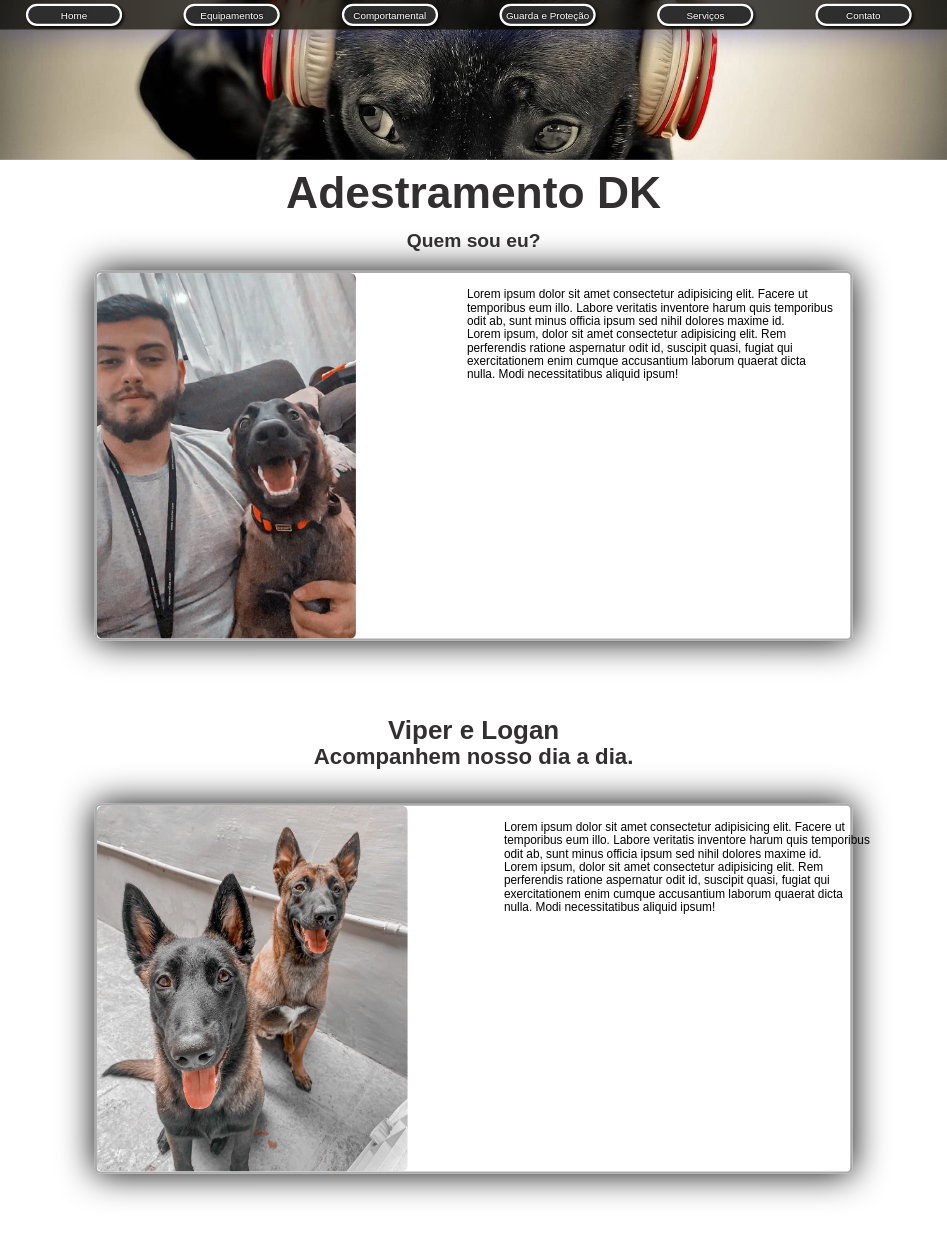
Repository: KevynMarques/Blog-React-StyledComponent
Page: /
The author's editor kept a copy of each file at every save. The page is drawn from the files as they stood at one save, then again after the next save.
The browser window is 1280 px wide. The pictures show the whole page, at 74% of full size.
The project was rebuilt for these pictures with package versions that can differ from the ones it lists, and the page was loaded fresh each time.

Above is the page before, as saved 2022-02-01 19:16:28.

### src/App.js
import Header from './Components/Header/index'
import Home from './Components/Home';
import Sobre from './Components/Sobre';

import { GlobalStyle } from './GlobalStyle';

function App() {
  return (
    <>
    <Home />
    <Header />
    <Sobre />
    <GlobalStyle/>
    </>
  );
}

export default App;

### src/Components/Header/index.jsx
import { Baner } from "./style";
import Dog from '../Image/Dog.png'

export default () => {

  return (

    <>
      <Baner>
       <img src={Dog} />
     </Baner>
    </>

  );

}

### src/Components/Home/index.jsx
import { Home } from "./Style"

export default () => {
  return (

    <Home>
      <button>Home</button>
      <button>Equipamentos</button>
      <button>Comportamental</button>
      <button>Guarda e Proteção</button>
      <button>Serviços</button>
      <button>Contato</button>
    </Home>
  );
}

### src/Components/Sobre/index.jsx
import { Sobre, Tittle, Dogs} from "./style"
import Foto from '../Image/foto.png'
import LV from '../Image/LV.jpg';

export default () => {
  return (
<>
   <Tittle>
    <h1>Adestramento DK</h1>
      <h2>Quem sou eu?</h2>
    </Tittle>


  <Sobre>
    <section>
    <p>Lorem ipsum dolor sit amet consectetur adipisicing elit. Facere ut temporibus eum illo. Labore veritatis inventore harum quis temporibus odit ab, sunt minus officia ipsum sed nihil dolores maxime id.
      <br></br>
    Lorem ipsum, dolor sit amet consectetur adipisicing elit. Rem perferendis ratione aspernatur odit id, suscipit quasi, fugiat qui exercitationem enim cumque accusantium laborum quaerat dicta nulla. Modi necessitatibus aliquid ipsum!
    </p>
       <div>
        <img src={Foto} />
       </div>
    </section>
  </Sobre>


  <Tittle>
      <h3>Viper e Logan</h3>
      <p>Acompanhem nosso dia a dia.</p>
    </Tittle>

<Dogs>
<section>
    <p>Lorem ipsum dolor sit amet consectetur adipisicing elit. Facere ut temporibus eum illo. Labore veritatis inventore harum quis temporibus odit ab, sunt minus officia ipsum sed nihil dolores maxime id.
      <br></br>
    Lorem ipsum, dolor sit amet consectetur adipisicing elit. Rem perferendis ratione aspernatur odit id, suscipit quasi, fugiat qui exercitationem enim cumque accusantium laborum quaerat dicta nulla. Modi necessitatibus aliquid ipsum!
    </p>
       <div>
        <img src={LV} />
       </div>
    </section>
</Dogs>

</>

  );
}

### src/GlobalStyle.js
import { createGlobalStyle } from 'styled-components';

 export const GlobalStyle = createGlobalStyle`
  * {
    margin: 0;
    padding: 0;
    box-sizing: border-box;
  }
`;

### src/Components/Header/style.jsx
import styled from "styled-components";

export const Baner= styled.div `
  width: 100%;
  height: 30vh;


    img {
    width: 100%;
    height: 100%;
    object-fit: cover;

    }
`;

### src/Components/Home/Style.jsx
import styled from "styled-components";


export const  Home  = styled.div `
     width: 100vw;
     height: 40px;
     margin: 0;
     position: fixed;
     z-index: 99999;
     background: rgba( 0, 0, 0, 0.7 );
     box-shadow: 0 8px 32px 0 rgba( 31, 38, 135, 0.37 );
     backdrop-filter: blur( 7.5px );
     -webkit-backdrop-filter: blur( 7.5px );
     color:white;
     display: flex;
     align-items: center;
     justify-content: center;

     button {
font-family: Arial, Helvetica, sans-serif;
font-style:normal;
color:#ffffff;
background:#2e2e2e;
border:3px solid #ffffff;
text-shadow:0px -1px 3px #000000;
box-shadow:2px 2px 5px #000000;
-moz-box-shadow:2px 2px 5px #000000;
-webkit-box-shadow:2px 2px 5px #000000;
border-radius:25px 25px 25px 25px;
-moz-border-radius:25px 25px 25px 25px;
-webkit-border-radius:25px 25px 25px 25px;
width:130px;
height: 30px;

cursor:pointer;
margin:0 auto;
margin-left: 35px;

}

`;

### src/Components/Sobre/style.jsx
import styled from "styled-components";


export const Tittle = styled.h1`
@import url('https://fonts.googleapis.com/css2?family=Prompt:ital,wght@1,300&display=swap');
color: #312f2f;
font-size: 30px;
font-family: 'Prompt', sans-serif;
text-align: center;
height: 40px;
margin-top: 10px;

      h2 {
      font-size:26px ;
      margin-top: 15px;
      }
`;

export const  Sobre  = styled.section `
  height: 500px;
  border: solid 3px #aaaaaa;
  width: 80vw;
  margin: 100px  10%;
  border-radius: 8px;
  box-shadow: 0 0 3em Black;
  display: flex;

  div {
    width: 35%;
    height:494px;
    margin-top: -146px;
  }

  img {
    object-fit: cover;
    width: 100%;
    height: 100%;
    border-radius: 8px;
  }

p {
    width: 500px;
    margin-left: 500px;
    margin-top: 20px;
    font-size: 16px;
    font-family: Arial, Helvetica, sans-serif;
  }
`;



export const  Dogs  = styled.section `
  height: 500px;
  border: solid 3px #aaaaaa;
  width: 80%;
  margin: 80px  10%;
  border-radius: 8px;
  box-shadow: 0 0 3em Black;
  display: flex;

  div {
    width: 40%;
    height:494px;
    margin-top: -146px;
  }

  img {
    object-fit: cover;
    width: 100%;
    height: 100%;
    border-radius: 8px;

  }

p {

    width: 500px;
    margin-top: 20px;
    font-size: 16px;
    font-family: Arial, Helvetica, sans-serif;
    margin-left: 550px;
  }
`;

Loaded but not shown: public/index.html (common file); src/index.js (common file)

After the next save:
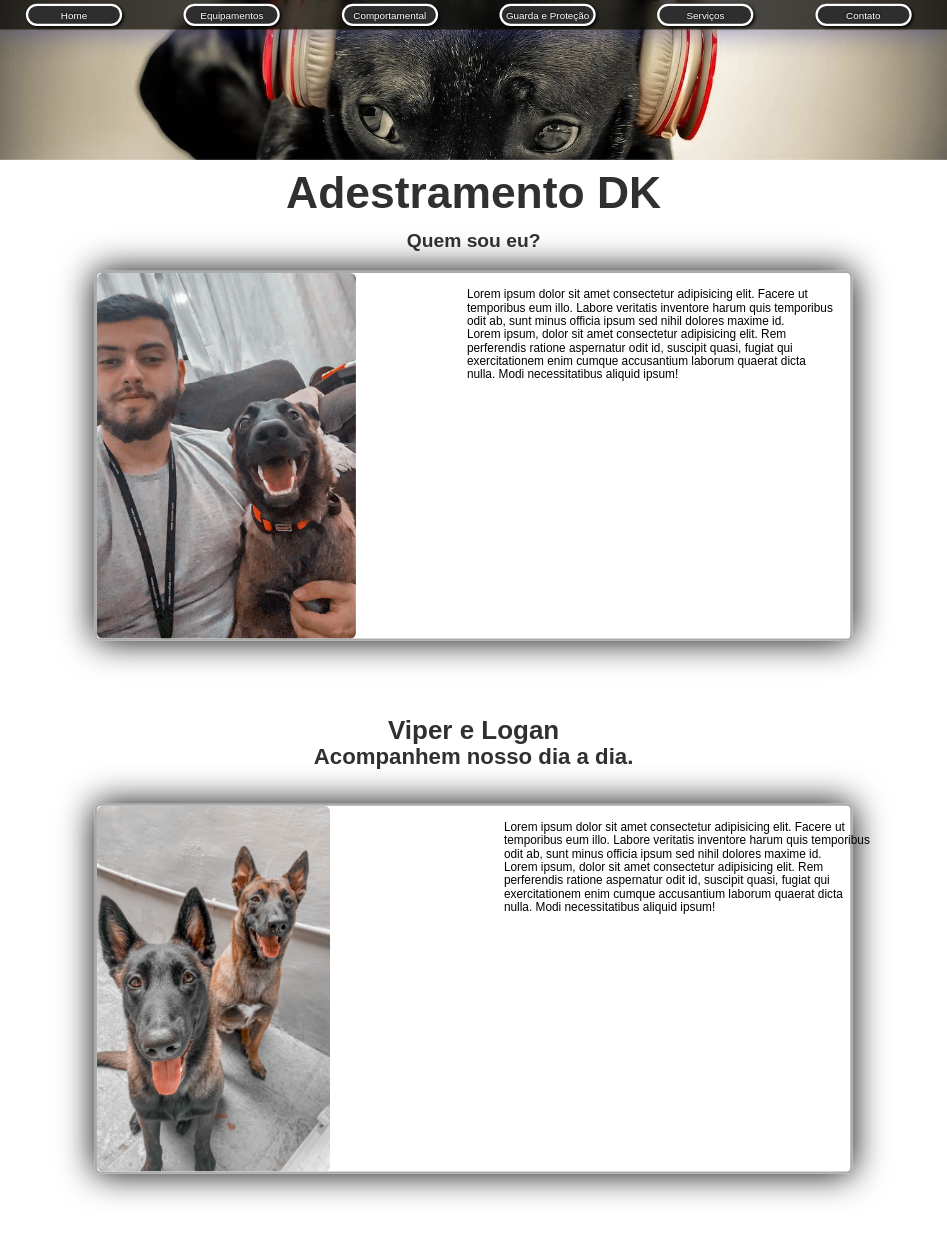
Saved 19 s later.
--- a/src/Components/Sobre/style.jsx
+++ b/src/Components/Sobre/style.jsx
@@ -59,7 +59,7 @@
   display: flex;
 
   div {
-    width: 40%;
+    width: 30%;
     height:494px;
     margin-top: -146px;
   }

After the save that followed:
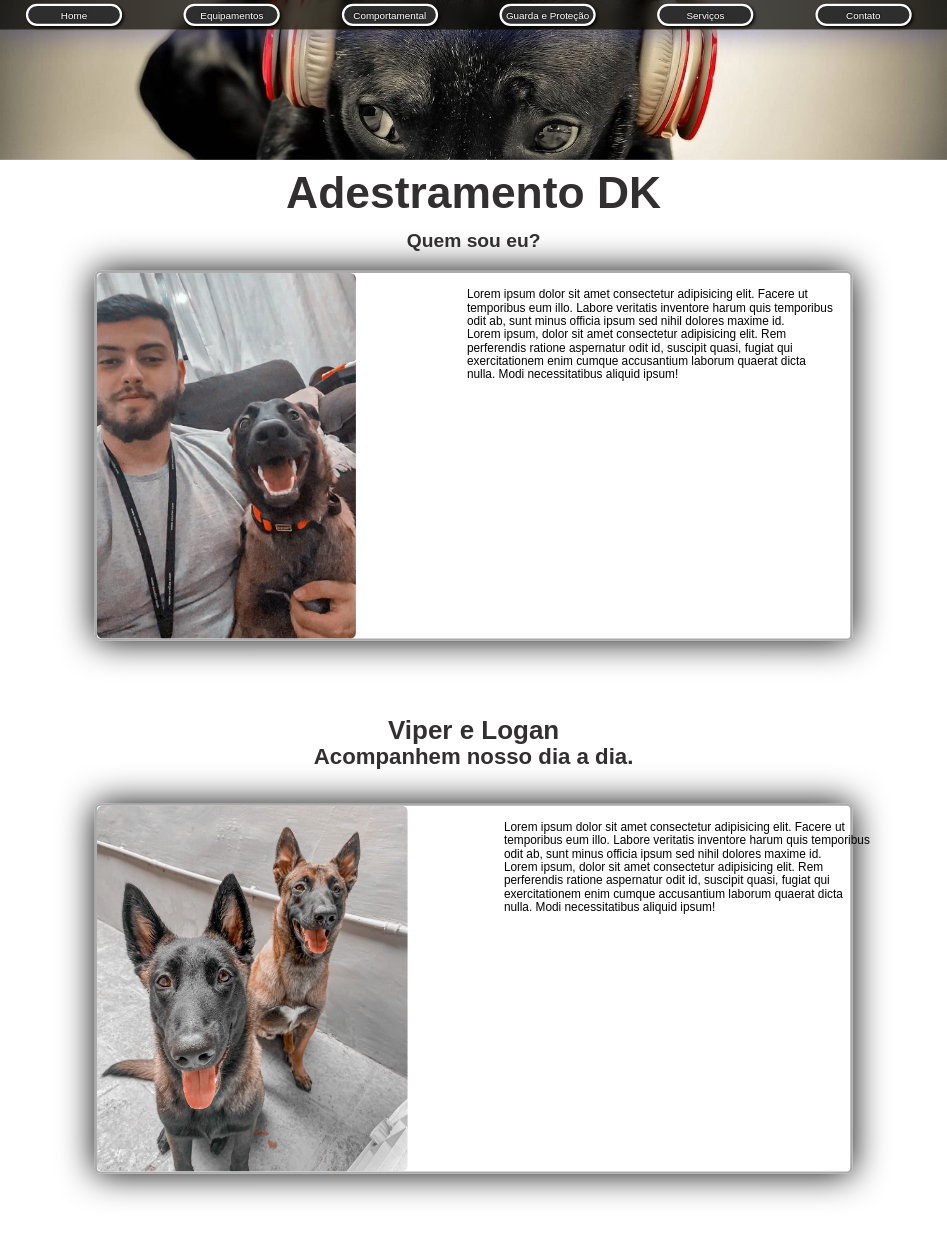
Saved 7 s later.
--- a/src/Components/Sobre/style.jsx
+++ b/src/Components/Sobre/style.jsx
@@ -59,7 +59,7 @@
   display: flex;
 
   div {
-    width: 30%;
+    width: 40%;
     height:494px;
     margin-top: -146px;
   }
